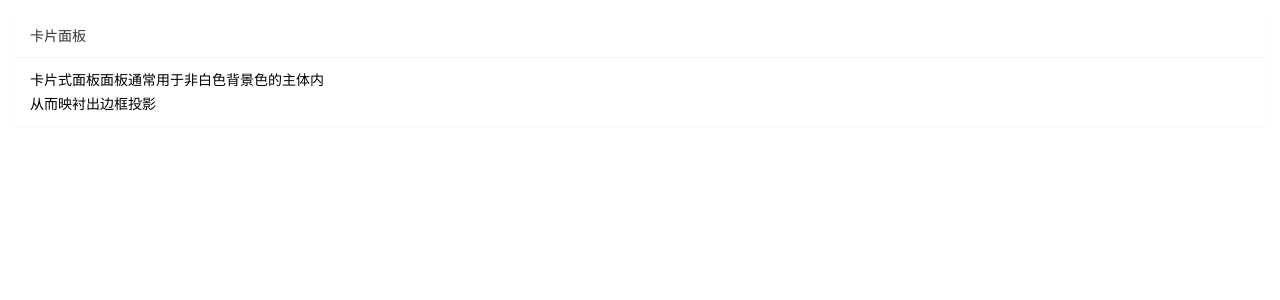
Repository: xxsleep/-
Page: home/user/user.html
An editor plug-in stored every save of this project. The page is shown before and after the next save, followed by the edit.
The browser window is 1280 px wide. The pictures show the whole page.

Above is the page before, as saved 2020-11-25 10:40:42.

### home/user/user.html
<!DOCTYPE html>
<html lang="en">

<head>
    <meta charset="UTF-8">
    <meta name="viewport" content="width=device-width, initial-scale=1.0">
    <title>Document</title>
    <link rel="stylesheet" href="/assets/lib/layui/css/layui.css">
    <link rel="stylesheet" href="/assets/css/user/user.css">
</head>

<body>
    <div class="layui-card">
        <div class="layui-card-header">卡片面板</div>
        <div class="layui-card-body">
            卡片式面板面板通常用于非白色背景色的主体内<br>
            从而映衬出边框投影
        </div>
    </div>
    <script src="/assets/lib/jquery.js"></script>
    <script src="/assets/lib/layui/layui.all.js"></script>
    <script src="/assets/js/user/user.js"></script>
</body>

</html>

### assets/css/user/user.css
* {
    margin: 0;
    padding: 0;
}

body {
    padding: 15px;
}

.layui-form {
    width: 500px;
}

Loaded but not shown: assets/lib/layui/css/layui.css (library); assets/lib/jquery.js (library); assets/lib/layui/layui.all.js (library); assets/lib/layui/css/modules/laydate/default/laydate.css (library); assets/lib/layui/css/modules/layer/default/layer.css (library); assets/lib/layui/css/modules/code.css (common file); assets/js/user/user.js (no stored copy; drawn as an empty file)

After the next save:
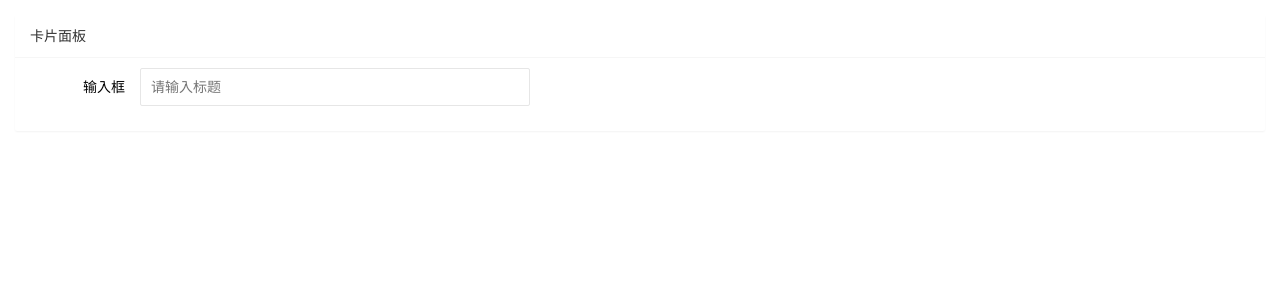
Saved 37 s later.
--- a/home/user/user.html
+++ b/home/user/user.html
@@ -13,8 +13,15 @@
     <div class="layui-card">
         <div class="layui-card-header">卡片面板</div>
         <div class="layui-card-body">
-            卡片式面板面板通常用于非白色背景色的主体内<br>
-            从而映衬出边框投影
+            <form class="layui-form" action="">
+                <div class="layui-form-item">
+                    <label class="layui-form-label">输入框</label>
+                    <div class="layui-input-block">
+                        <input type="text" name="title" required lay-verify="required" placeholder="请输入标题"
+                            autocomplete="off" class="layui-input">
+                    </div>
+                </div>
+            </form>
         </div>
     </div>
     <script src="/assets/lib/jquery.js"></script>
